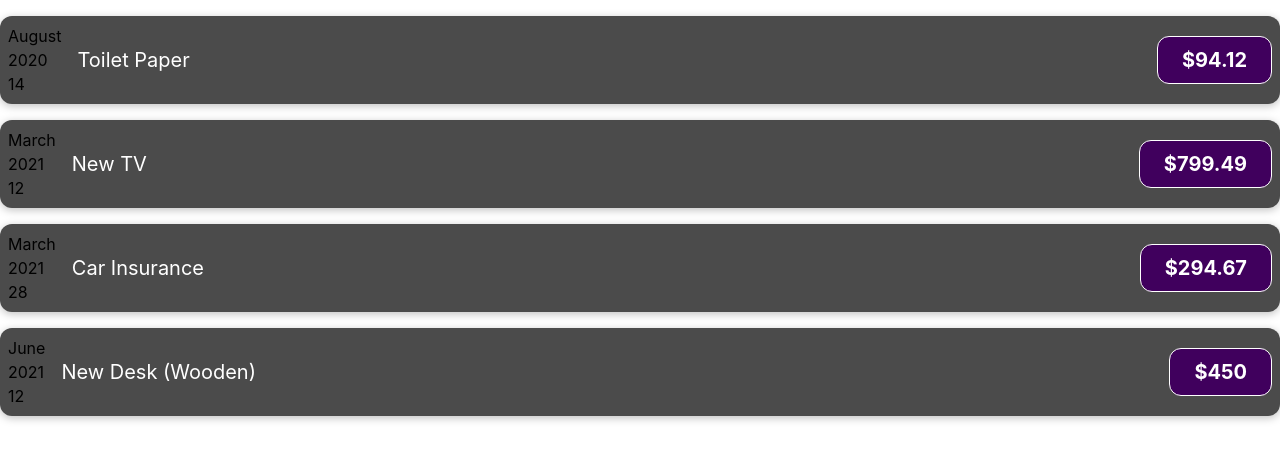
Repository: Sef24/expense-tracker
Page: /
These files come from the project's save history. The page is drawn as it stood at one moment and after the next save; the edit follows.
The browser window is 1280 px wide. The pictures show the whole page.
The project was rebuilt for these pictures with package versions that can differ from the ones it lists, and the page was loaded fresh each time.

Above is the page before, as saved 2022-04-21 22:03:10.

### public/index.html
<!DOCTYPE html>
<html lang="en">
  <head>
    <meta charset="utf-8" />
    <link rel="icon" href="%PUBLIC_URL%/favicon.ico" />
    <meta name="viewport" content="width=device-width, initial-scale=1" />

    <meta
      name="description"
      content="Web site created using create-react-app"
    />
    <link rel="apple-touch-icon" href="%PUBLIC_URL%/logo192.png" />
    <!--
      manifest.json provides metadata used when your web app is installed on a
      user's mobile device or desktop. See https://developers.google.com/web/fundamentals/web-app-manifest/
    -->
    <link rel="manifest" href="%PUBLIC_URL%/manifest.json" />
    <!--
      Notice the use of %PUBLIC_URL% in the tags above.
      It will be replaced with the URL of the `public` folder during the build.
      Only files inside the `public` folder can be referenced from the HTML.

      Unlike "/favicon.ico" or "favicon.ico", "%PUBLIC_URL%/favicon.ico" will
      work correctly both with client-side routing and a non-root public URL.
      Learn how to configure a non-root public URL by running `npm run build`.
    -->
    <title>React App</title>
  </head>
  <body>
    <noscript>You need to enable JavaScript to run this app.</noscript>
    <div id="root"></div>
    <!--
      This HTML file is a template.
      If you open it directly in the browser, you will see an empty page.

      You can add webfonts, meta tags, or analytics to this file.
      The build step will place the bundled scripts into the <body> tag.

      To begin the development, run `npm start` or `yarn start`.
      To create a production bundle, use `npm run build` or `yarn build`.
    -->
  </body>
</html>

### src/App.js
import ExpenseItem from "./components/ExpenseItem";

function App() {
  const expenses = [
    {
      id: "e1",
      title: "Toilet Paper",
      amount: 94.12,
      date: new Date(2020, 7, 14),
    },
    { id: "e2", title: "New TV", amount: 799.49, date: new Date(2021, 2, 12) },
    {
      id: "e3",
      title: "Car Insurance",
      amount: 294.67,
      date: new Date(2021, 2, 28),
    },
    {
      id: "e4",
      title: "New Desk (Wooden)",
      amount: 450,
      date: new Date(2021, 5, 12),
    },
  ];
  return (
    <div>
      <h2></h2>
      <ExpenseItem
        title={expenses[0].title}
        amount={expenses[0].amount}
        date={expenses[0].date}
      />

      <ExpenseItem
        title={expenses[1].title}
        amount={expenses[1].amount}
        date={expenses[1].date}
      />
      <ExpenseItem
        title={expenses[2].title}
        amount={expenses[2].amount}
        date={expenses[2].date}
      />
      <ExpenseItem
        title={expenses[3].title}
        amount={expenses[3].amount}
        date={expenses[3].date}
      />
    </div>
  );
}

export default App;

### src/components/ExpenseItem.js
import React from "react";
import "./ExpenseItem.css";

function ExpenseItem(props) {
  const month = props.date.toLocaleString("en-US", { month: "long" });
  const day = props.date.getDate();
  const year = props.date.getFullYear();

  return (
    <div className="expense-item ">
      <div>
        <div>{month}</div>
        <div>{year}</div>
        <div>{day}</div>
      </div>

      <div className="expense-item__description">
        <h2>{props.title}</h2>

        <div className="expense-item__price">${props.amount}</div>
      </div>
    </div>
  );
}

export default ExpenseItem;

### src/components/ExpenseItem.css
.expense-item {
  display: flex;
  justify-content: space-between;
  align-items: center;
  box-shadow: 0 2px 8px rgba(0, 0, 0, 0.25);
  padding: 0.5rem;
  margin: 1rem 0;
  border-radius: 12px;
  background-color: #4b4b4b;
}

.expense-item__description {
  display: flex;
  flex-direction: column;
  gap: 1rem;
  align-items: flex-end;
  flex-flow: column-reverse;
  justify-content: flex-start;
  flex: 1;
}

.expense-item h2 {
  color: #3a3a3a;
  font-size: 1rem;
  flex: 1;
  margin: 0 1rem;
  color: white;
}

.expense-item__price {
  font-size: 1rem;
  font-weight: bold;
  color: white;
  background-color: #40005d;
  border: 1px solid white;
  padding: 0.5rem;
  border-radius: 12px;
}

@media (min-width: 580px) {
  .expense-item__description {
    flex-direction: row;
    align-items: center;
    justify-content: flex-start;
    flex: 1;
  }

  .expense-item__description h2 {
    font-size: 1.25rem;
  }

  .expense-item__price {
    font-size: 1.25rem;
    padding: 0.5rem 1.5rem;
  }
}

Loaded but not shown: src/index.js (common file); src/index.css (common file); tailwind.config.js (common file)

After the next save:
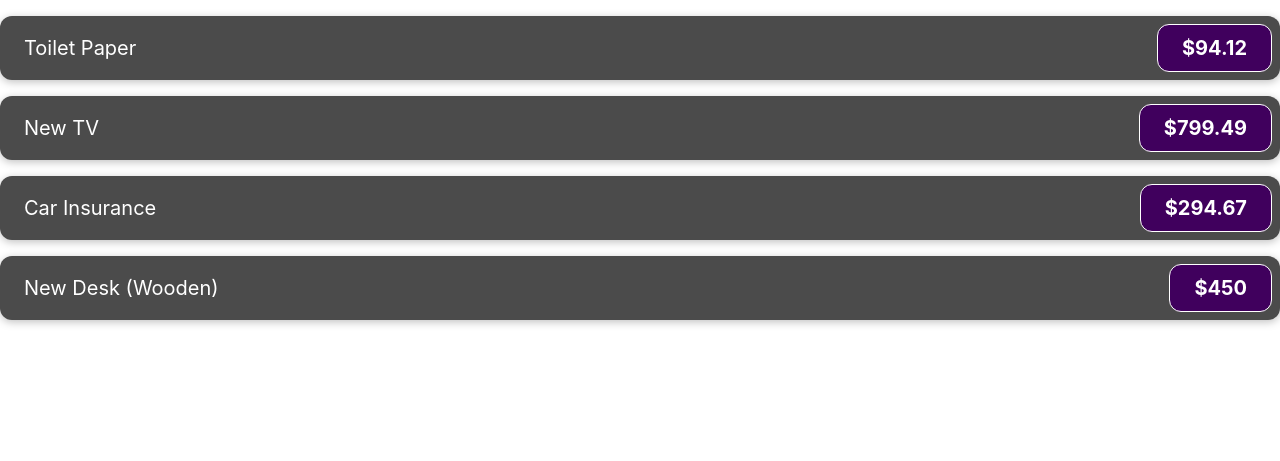
Saved 13 s later.
--- a/src/components/ExpenseItem.js
+++ b/src/components/ExpenseItem.js
@@ -2,18 +2,8 @@ import React from "react";
 import "./ExpenseItem.css";
 
 function ExpenseItem(props) {
-  const month = props.date.toLocaleString("en-US", { month: "long" });
-  const day = props.date.getDate();
-  const year = props.date.getFullYear();
-
   return (
     <div className="expense-item ">
-      <div>
-        <div>{month}</div>
-        <div>{year}</div>
-        <div>{day}</div>
-      </div>
-
       <div className="expense-item__description">
         <h2>{props.title}</h2>
 
